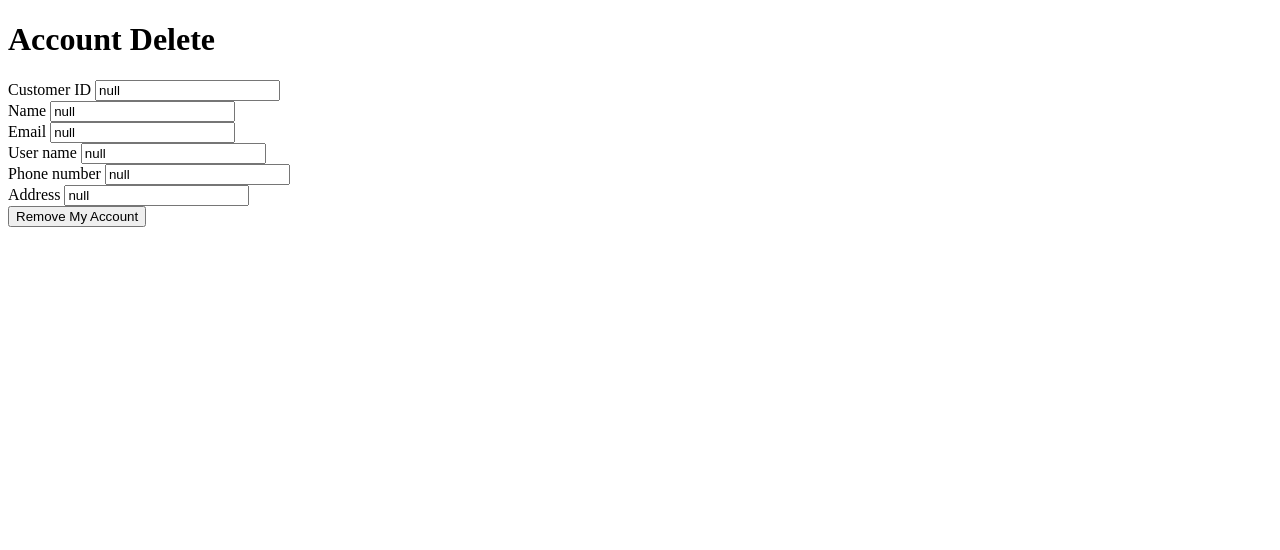
Repository: GamithaManawadu/RentJet-Online-Vehicle-Rental-System
Page: http://localhost/CustomerRegistration/deletecustomer.jsp
The author's editor kept a copy of each file at every save. The page is drawn from the files as they stood at one save, then again after the next save.
The browser window is 1280 px wide. The pictures show the whole page.
The page is served by Tomcat 9. Other server files are loaded and not shown.

Above is the page before, as saved 2020-05-12 16:53:37.

### CustomerRegistration/WebContent/deletecustomer.jsp
<%@ page language="java" contentType="text/html; charset=ISO-8859-1"
    pageEncoding="ISO-8859-1"%>
<!DOCTYPE html>
<html>
<head>
<meta charset="ISO-8859-1">
<title>Delete account</title>
</head>
<body>
	<%
	String id = request.getParameter("id");
	String name = request.getParameter("name");
	String email = request.getParameter("email");
	String userName = request.getParameter("userName");
	String phone = request.getParameter("phone");
	String address = request.getParameter("address");
	String password = request.getParameter("pass");
	%>

	<h1>Account Delete</h1>
	<form action="delete" method="post">

	Customer ID <input type="text" name="cusid" value="<%= id %>"readonly><br>
	Name <input type="text" name="name" value="<%= name %>"readonly><br>
	Email <input type="text" name="email" value="<%= email %>"readonly><br>
	User name <input type="text" name="userName" value="<%= userName %>"readonly><br>
	Phone number <input type="text" name="phone" value="<%= phone %>"readonly><br>
	Address <input type="text" name="address" value="<%= address %>"readonly><br>


	<input type="submit" name="submit" value="Remove My Account"><br>

</form>

</body>
</html>

After the next save:
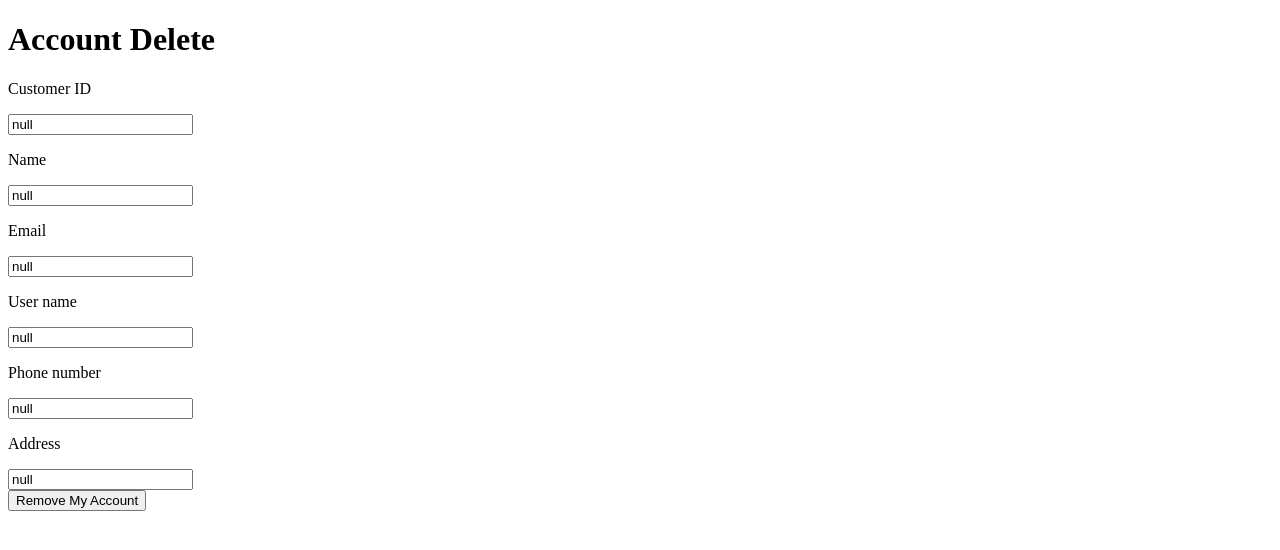
Saved 5 min 50 s later.
--- a/CustomerRegistration/WebContent/deletecustomer.jsp
+++ b/CustomerRegistration/WebContent/deletecustomer.jsp
@@ -20,12 +20,18 @@
 	<h1>Account Delete</h1>
 	<form action="delete" method="post">
 
-	Customer ID <input type="text" name="cusid" value="<%= id %>"readonly><br>
-	Name <input type="text" name="name" value="<%= name %>"readonly><br>
-	Email <input type="text" name="email" value="<%= email %>"readonly><br>
-	User name <input type="text" name="userName" value="<%= userName %>"readonly><br>
-	Phone number <input type="text" name="phone" value="<%= phone %>"readonly><br>
-	Address <input type="text" name="address" value="<%= address %>"readonly><br>
+	<p>Customer ID</p>
+	<input type="text" name="cusid" value="<%= id %>"readonly><br>
+	<p>Name</p>
+	<input type="text" name="name" value="<%= name %>"readonly><br>
+	<p>Email</p>
+	<input type="text" name="email" value="<%= email %>"readonly><br>
+	<p>User name</p>
+	<input type="text" name="userName" value="<%= userName %>"readonly><br>
+	<p>Phone number</p>
+	<input type="text" name="phone" value="<%= phone %>"readonly><br>
+	<p>Address</p>
+	<input type="text" name="address" value="<%= address %>"readonly><br>
 
 
 	<input type="submit" name="submit" value="Remove My Account"><br>
